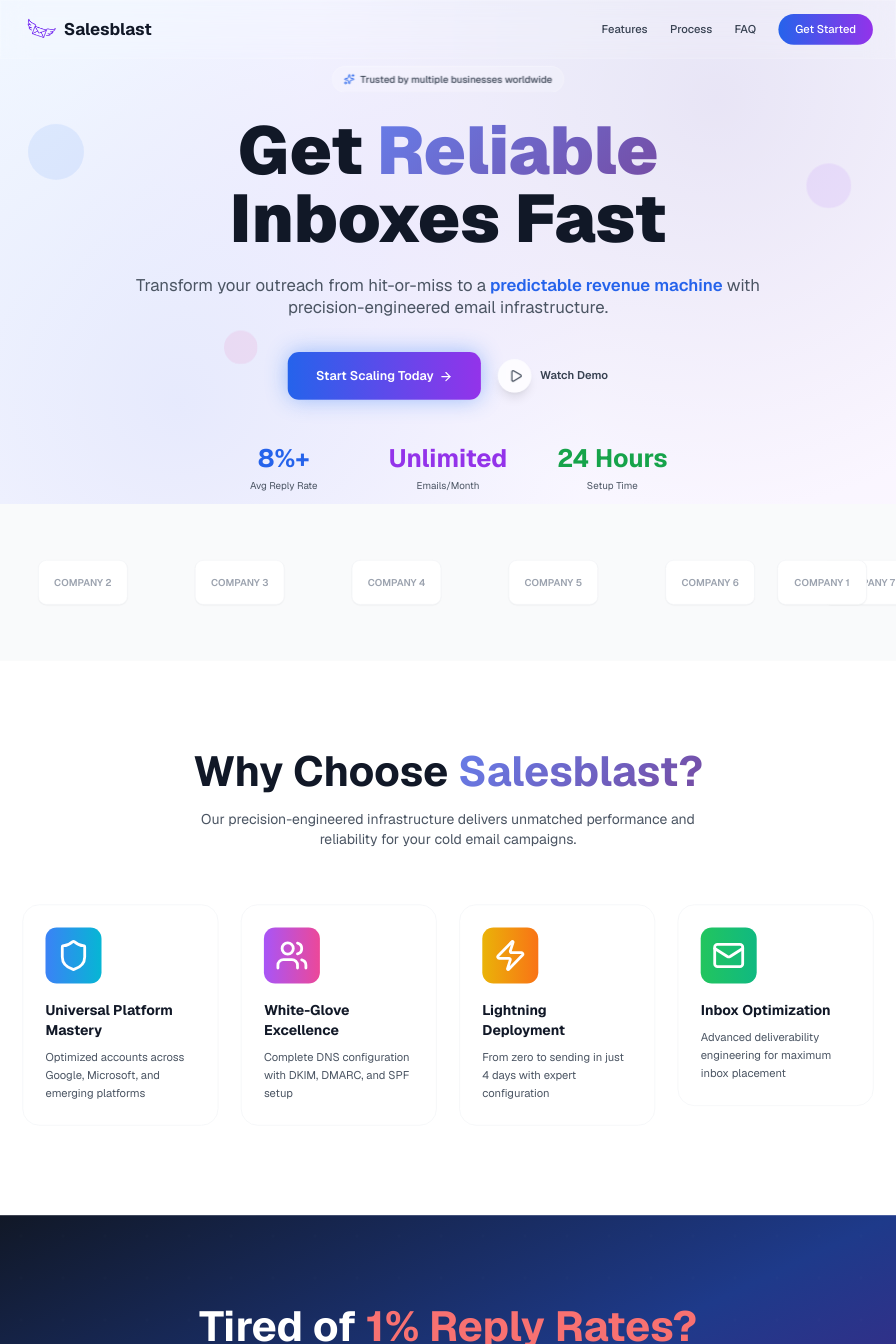
Repository: jomielcorpuz/Salesblast_india
Page: /
An editor plug-in stored every save of this project. The page is shown before and after the next save, followed by the edit.
The browser window is 1280 px wide. The pictures show the part of the page from y = 0 to 1920 px (the page is 5553 px tall), at 70% of full size.
The project was rebuilt for these pictures with package versions that can differ from the ones it lists, and the page was loaded fresh each time. Some packages were replaced by stand-ins written for this rebuild. The framework's server and built-in components were replaced by stand-ins that run in the browser. Also part of the build but not shown: next.config.ts.

Above is the page before, as saved 2025-07-03 22:50:08.

After the next save:
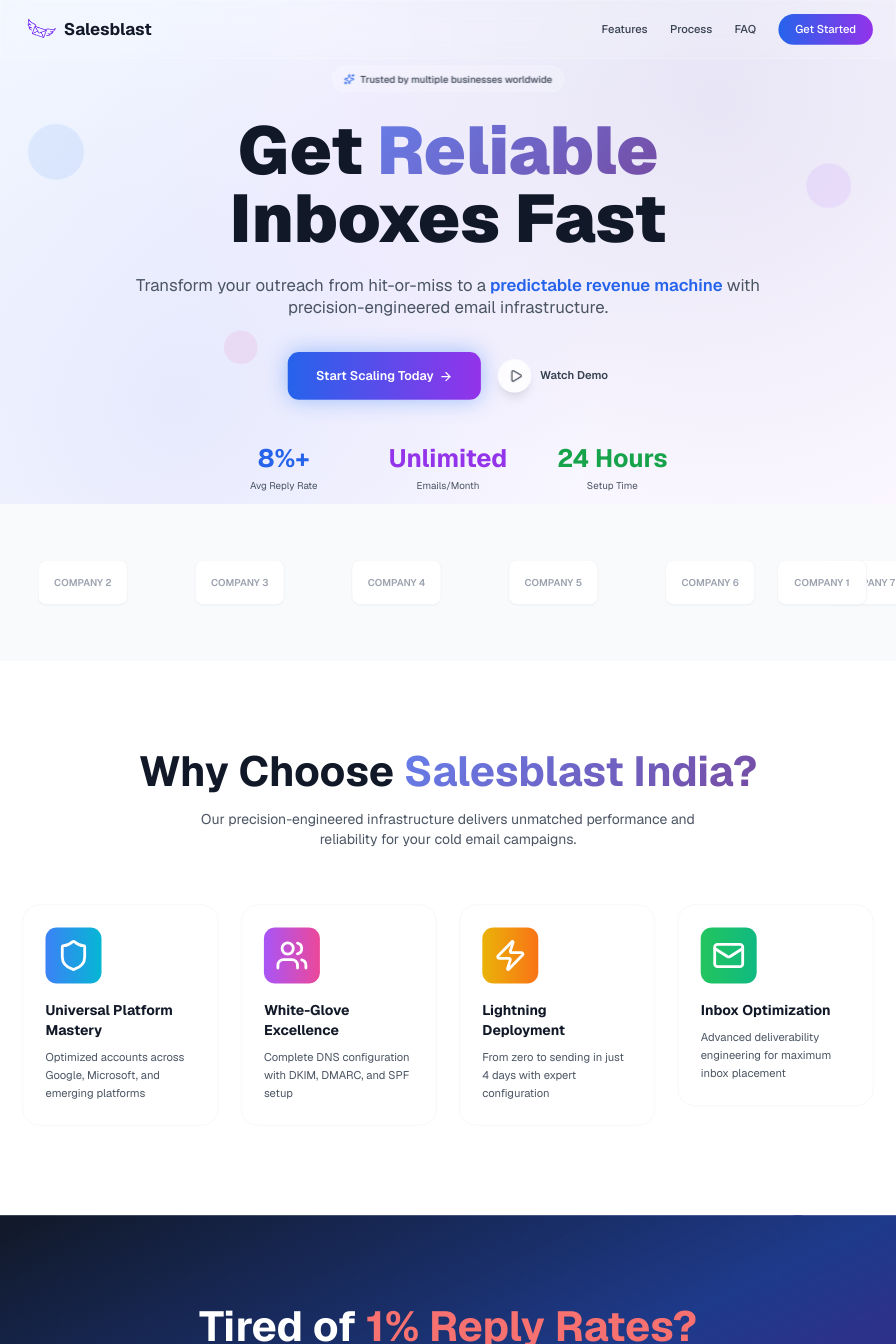
Saved 31 s later.
--- a/app/page.tsx
+++ b/app/page.tsx
@@ -370,7 +370,8 @@
         <div className="max-w-7xl mx-auto px-4 sm:px-6 lg:px-8">
           <div className="text-center mb-20">
             <h2 className="text-5xl md:text-6xl font-bold text-gray-900 mb-6">
-              Why Choose <span className="text-gradient">Salesblast?</span>
+              Why Choose{" "}
+              <span className="text-gradient">Salesblast India?</span>
             </h2>
             <p className="text-xl text-gray-600 max-w-3xl mx-auto">
               Our precision-engineered infrastructure delivers unmatched
